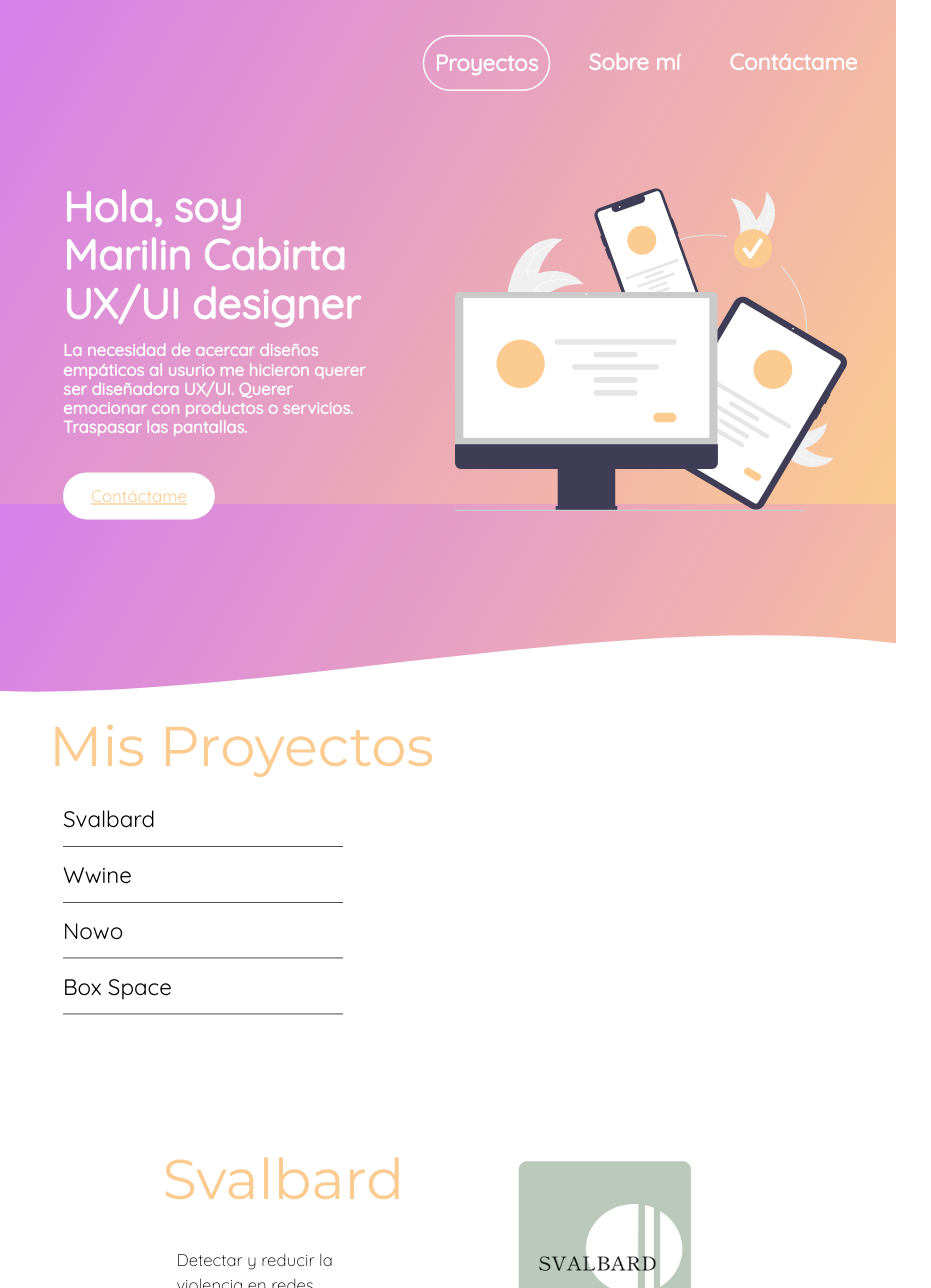
Repository: Marilyncabirta/portfolioHTML
Page: index.html
An editor plug-in stored every save of this project. The page is shown before and after the next save, followed by the edit.
The browser window is 1280 px wide. The page is 1330 px wide, then 1320 px, so the pictures cover 1330 px, including what lies to the right of the window. The pictures show the part of the page from y = 0 to 1840 px (the page is 5182 px tall), at 70% of full size.
Backgrounds fixed to the window are drawn as part of the page. Some web libraries are served in a nearby version.

Above is the page before, as saved 2022-12-16 12:13:10.

### index.html
<!DOCTYPE html>
<html lang="es">
<head>
    <meta charset="UTF-8">
    <meta name="viewport" content="width=device-width, initial-scale=1.0">
    <title>Portafolio AlexCG</title>
    <link rel="stylesheet" href="css/normalize.css">
    <link rel="stylesheet" href="css/estilos.css">
    <link rel="preconnect" href="https://fonts.googleapis.com">
<link rel="preconnect" href="https://fonts.gstatic.com" crossorigin>
<link href="https://fonts.googleapis.com/css2?family=Montserrat:wght@100;400;700&family=Quicksand:wght@300;400&display=swap" rel="stylesheet">
</head>


<body>

    <header class="hero">
        <div class="contenedor">
            <nav class="nav">
                <a href="" class="nav__items nav__items--cta">Proyectos</a>
                <a href="" class="nav__items">Sobre mí</a>
                <a href="" class="nav__items">Contáctame</a>
            </nav>

            <section class="hero__contenedor">
                <div class="hero__texts">
                    <h1 class="hero__title">Hola, soy Marilin Cabirta UX/UI designer</h1>
                    <h2 class="hero_subtitle">La necesidad de acercar diseños empáticos al usurio me hicieron querer ser diseñadora UX/UI. Querer emocionar con productos o servicios. Traspasar las pantallas.</h2>
                    <a href="" class="hero_cta">Contáctame</a>
                </div>
                <div class="contenedor_ilustraciones">
                    <img class="hero_image" src="assets/hero1.svg" alt="marilincabirta">
                </div>
            </section>
        </div>
        <div>
            <div class="hero_wave" style= "overflow:hidden;" ><svg viewBox="0 0 500 150" preserveAspectRatio="none" style="height: 100%; width: 100%;"><path d="M-0.56,130.76 C150.00,150.00 349.20,-49.99 503.38,30.10 L500.00,150.00 L0.00,150.00 Z" style="stroke: none; fill: #fff;"></path></svg></div>
        </div>
    </header>

    <main >
        <section class="presentacion__container">
            <h2 class="subtitle">Mis Proyectos</h2>
            <div class="lista">
                <ul>
                    <li><a class="nombres" href="#">Svalbard<a></li>
                        <div class="linea"></div>
                    <li><a class="nombres" href="#">Wwine</a></li>
                        <div class="linea"></div>
                    <li><a class="nombres" href="#">Nowo</a></li>
                        <div class="linea"></div>
                    <li><a class="nombres" href="#">Box Space</a></li>
                        <div class="linea"></div>

                </ul>
            </div>
        </section>

        <section class="about__container">
            <div class="about__texts">
                <h2 class="subtitle">Svalbard</h2>
                <p class="about__paragraph">Detectar y reducir la violencia en redes sociales</p>
                <p class="about__content">Cada dia se reciben mas y mas denuncias por acoso en redes, se usa la anonimidad para sacar a relucir lo peor del ser humano. En base a esto creamos SVALBARD. Desarrollada para conocer quien esta detrás de mensajes toxicos, fotos de perfil amigables, y cual es el historial de nuestros seguidores. Conoce más!</p>
                <a class="about__button" href="">Conoce más</a>
            </div>
            <div class="about__img">
                <img class="about__picture" src="assets/LOG IN.png"   alt="">
            </div>
        </section>

        <section class="about__container">
            <div class="about__img">
                <img src="assets/wwine mockup.jpg" class="about__picture"alt="">
            </div>
            <div class="about__texts">
                <h2 class="subtitle">Wwine</h2>
                <p class="about__paragraph">¿Quién no ha deseado alguna vez poder saber más de un vino antes de comprarlo?</p>
                <p class="about__content">Le damos forma a los deseos de todos los consumidores de vino y desarrollamos este dispositivo para poder conocer las propiedades olfativas de un vino antes de comprarlo. No nos crees? Te contamos más!</p>
                <a class="about__button" href="">Conoce más</a>
            </div>

        </section>

        <section class="about__container">
            <div class="about__texts">
                <h2 class="subtitle">Nowo</h2>
                <p class="about__paragraph">Mejoramos tu forma de viajar</p>
                <p class="about__content">Millones de personas se desplazan todos los días por ocio o por trabajo y su principal carga son las maletas. Venimos a revolucionar el concepto de viajar. Nosotros nos ocupamos de las maletas, ofreciéndote los packs más completos para que nada te falte!</p>
                <a class="about__button" href="">Conoce más</a>
            </div>
            <div class="about__img">
                <img src="assets/Nowo by rebellion 1.jpg" class="about__picture" alt="">
            </div>
        </section>

        <section class="about__container">
            <div class="about__img">
                <img src="assets/mock uo.jpg" class="about__picture" alt="">
            </div>
            <div class="about__texts">
                <h2 class="subtitle">Box Space</h2>
                <p class="about__paragraph">Como conseguimos que haya más usuarios en los parques urbanos?</p>
                <p class="about__content">Esta App fue creada para mejorar la asistencia a los parques urbanos. En un mundo con prisas, acercamos la tecnología y la era digital a aquellos entornos naturales que nos encanta disfrutar, pero que todavía no nos permiten desarrollar todas nuestras facetas diarias cómodamente.Descúbrela!</p>
                <a class="about__button" href="">Conoce más</a>
            </div>

        </section>

    </main>

    <footer class="footer">
        <div container class="container footer__grid">
            <nav class="nav nav--footer">
                <a class="nav_items nav__items--footer" href="">Inicio </a>
                <a class="nav_items nav__items--footer" href="">Sobre mí</a>
                <a class="nav_items nav__items--footer" href="">Proyectos</a>
            </nav>

            <section class="footer__contact">
                <h3 class="footer__title"> Contáctame</h3>
                <div class="footer__icons">
                    <span class="footer__container-icons">
                        <a href="#" class="fab fa-medium footer__icon"></a>
                    </span>
                    <span class="footer__container-icons">
                        <a href="#" class="fab fa-linkedin footer__icon"></a>
                    </span>
                    <span class="footer__container-icons">
                        <a href="#" class="fab fa-mailchimp footer__icon"></a>
                    </span>

                </div>
            </section>



        </div>
    </footer>







    <script src="https://kit.fontawesome.com/b4fd9d412c.js" crossorigin="anonymous"></script>
</body>
</html>

### css/estilos.css

@import url('https://fonts.googleapis.com/css2?family=Montserrat:wght@100;400;700&family=Quicksand:wght@300;400&display=swap');


:root{
    --background:linear-gradient(120deg,#d57feb   0%,#fccb90 100%);
    --color-secondary:#fccb90;
    --color-primary: white;
    --boton-padding: 20px 40px;
}
body{

    font-family: 'Montserrat', sans-serif;
    font-family: 'Quicksand', sans-serif;
}

.hero{
    width: 100%;
    height: 1000px;
    background-image: var(--background);
    background-repeat: no-repeat;
    background-attachment: fixed;
    position: relative;
}

.contenedor{
  padding: 20px 0;

}
.hero__contenedor{
    width: 100%;
    display: grid;
    grid-template-columns: 1fr 1fr ;
    height: 100%;
    justify-content: space-evenly;
    align-items: center;
    padding-bottom: 50px;
    margin: 50px;

}

.subtitle{
    color: var(--color-secondary);
    font-size: 3.5rem;
    margin:0px 0px 20px 60px;
    text-align: left;
}

.contenedor_ilustraciones{
    width: 800px;
    height: auto;
    text-align: center;
    justify-content: center;
}

.hero__texts{
    width: 50%;
    height: inherit;
    color: white;
    margin-top: 20px;
    margin: 0 60px;
}
.hero_image{
    width: 70%
}

.hero_wave{
    position: absolute;
    bottom: 0;
    left: 0;
    height: 100px;
    width: 100%;
}

.nav{
    display: flex;
    justify-content: flex-end;
    height: 80px;
    align-items: right;
    font-weight: 700;
    margin-top: 30px;

}

.nav--footer{
    font-weight: 300;
    justify-content: flex-start;
}

.nav__items{
    color: white;
    text-decoration: none;
    font-size: 32px;
    padding: 20px 15px;
    margin-right: 40px;
    font-weight: inherit;
}

.nav__items--cta{
    border: 2px solid white;
    border-radius: 40px;
}

.nav__items:hover{
    text-decoration: underline;
}
.nav__items--footer{
    padding: 10px;
}



.hero_cta{
    display: inline-block;
    font-size: 24px;
    background-color: var(--color-primary);
    color: #fccb90;
    padding: 20px 40px;
    margin-top: 30px;
    border-radius: 40px;
    text-align: center;
    justify-content: center;
}

.hero__texts{
    width: 90%;
    margin: 40px;
}

.hero__title{
    font-size: 60px;
    margin-top: 80px;

}

.hero__subtitle{
    font-size: 2rem;
    font-weight: 400;
    margin: 20px 0;
}

/* presentacion proyectos */



.presentacion__container{
    width: 60%;
    height: auto;
    padding-top: 0;
    text-align: center;
    text-decoration: none;
    margin-left: 50px;
}

.subtitle{
    font-size: 56px;
    color:var(--color-secondary);
    padding-bottom: 10px;
    font-weight: 700;
}

.presentacion__container li{
    font-size: 32px;
    margin-top: 10px;
    padding: 10px 0;
    text-decoration: none;
}

.lista li{
 text-decoration: none;
 list-style: none;
 text-align: left;

}

.lista a{
    text-decoration: none;
    color: black;

}

.lista li:hover{
    font-size: 3.5rem;
    transition: 1s;
}

.lista div{
    border-top: 1px solid black;
    height: 2px;
    max-width: 400px;
    padding: 0;
    margin: 10px 0 auto 0;

}

.about__container{
    width: 70%;
    min-height: 800px;
    height: auto;
    display: grid;
    grid-template-columns: 1fr 1fr ;
    margin: 60px auto;
    background-color: var(--color-primary);
    align-items: center;

}

.about__texts{
    width: 80%;
    justify-content: center;
    text-align: left;
    margin: 20px;

}
.about__img{

    justify-content: center;
    text-align: center;
    margin: 20px;

}

.subtitle{
    font-size: 80px;
    font-family: "Montserrat";
    font-weight: 400;
    margin: 20px;

}



.about__picture{
    width: 250px;
    height: 500px;
    max-height: 800px;
}

.about__paragraph{
    margin: 40px 40px;
    line-height: 1.5;
    font-weight: 300;
    font-size: 24px;
}

.about__content{
    font-size: 16px;
    margin: 40px 40px;
    text-align: left;
    line-height: 1.5;
    font-weight: 300;
}

.about__button{
    margin: 60px 40px;
    padding: 10px 10px;
    background-color:var(--color-secondary);
    color: white;
    border-radius: 20px;
    text-align: center;
    text-decoration: none;
}

/* footer */

.footer{
    background:var(--background);
    padding-bottom: 40px;



}

.footer__grid{
    display: grid;
    grid-template-columns: 3fr 2fr;
    gap: 20px;
    align-items: center;
    margin: 40px;
}

.nav_items{
    text-decoration: none;
    color: white;
    font-size: 20px;
    margin:0 0 0 10px;
}

.footer__title{
    font-weight: 400;
    color: white;
    font-size:2rem ;
    margin-bottom: 20px;
    text-align: center;
}

.footer__icons{
    display: flex;
    justify-content: space-evenly;
    font-size: 32px;
}

.footer__container-icons{
    display: inline-block;
    width: 60px;
    height: 60px;
    color: white;
    text-align: center;
    border: 1px solid white;
    border-radius: 50%;

}

.footer__icon{
    color: white;
    text-decoration: none;
    font-size: 30px;

}

.fab.footer__icon{
line-height: 60px;
text-decoration: underline;
}


/* responsive design */

@media screen and (max-width:800px){
        :root{
            --botton-padding:18px 40px;
        }

        .nav{
            justify-content:space-between
        }
        .nav__items--cta{
            border: none;
        }

        .nav__items{
            color: white;
            text-decoration: none;
            font-size: 24px;
            padding: 10px 20px;
            margin-right: 60px;
            font-weight: inherit;
        }

        .nav__items--footer{
            border: none;
        }
        .hero{
            width: 100%;
        }

        .hero__texts{
            width: 90%;
            margin-bottom: 50px;
        }
        .hero__title{
            font-size: 2.5rem;
            margin-bottom: 20px;
        }

        .hero__subtitle{
            font-size: 1.5rem;
        }

        .hero{
            width: 100%;
            height: 800px;
            background-image: var(--background);
            background-repeat: no-repeat;
            background-attachment: fixed;
            position: relative;
        }

        .about__container{
            width: 100%;
            min-height: 600px;
        }
        .about__texts{
            width: 100%;
            justify-content: center;
            text-align: center;
            margin: 60px 0px;

        }

        .hero_image{
            width: 70%;
        }

        .presentacion__container{
            width: 80%;
        }

         .about__img{
            width: auto;
            text-align: center;
        }
    .footer{
        width: 100%;
    }
}


@media screen and (max-width:500px){

    :root{
        --botton-padding:15px 20px;
    }

    .hero{
        width: 100%;
        height: auto;
        position: relative;
    }
    .hero__contenedor{
        width: 100%;
        display: grid;
        grid-template-columns: 1fr;
        height: 100%;
        justify-content: center;
        align-items: center;
        padding-bottom: 80px;

    }
    .nav{
        flex-wrap: nowrap;
        justify-content: space-evenly;
        margin-top: 10px;

    }
    .nav__items--cta{
        border: none;
    }

    .nav__items{
        color: white;
        text-decoration: none;
        font-size: 20px;
        padding: 10px 20px;
        margin-right: 20px;

    }

    .nav__items--footer{
        border: none;
    }


    .hero__texts{
        margin-bottom: 50px;
        text-align: center;
    }
    .hero__title{
        font-size: 2rem;
        margin-bottom: 20px;
    }

    .hero__subtitle{
        font-size: 2rem;
        margin-bottom: 20px;
    }


    /* about */

    .subtitle{
        font-size: 2.5rem;
    }
    .about__paragraph{
        margin: 10px 10px;
        line-height: 1.5;
        font-weight: 300;
        font-size: 16px;
        text-align: left;
    }

    .about__content{
        font-size: 16px;
        margin: 10px 10px 40px 10px ;
        text-align: left;
        line-height: 1.5;
        font-weight: 300;
    }

    .nombres{
        font-size: 24px;
    }

    .about__container{
        width: 80%;
        min-height: 600px;
        height: auto;
        display: grid;
        margin: 20px auto;
        background-color: var(--color-primary);
        align-items: center;
     }

     .about__picture{
        width: 140px;
        height: 300px;
        max-height: 800px;

    }
     .contenedor_ilustraciones{
        width: 100%;
        height: auto;
        text-align: center;
        justify-content: center;
    }

    .about__texts:nth-child(2), :nth-child(4){
        grid-row: 1/2;
     }

     /* Footer */
     }

Loaded but not shown: css/normalize.css (library)

After the next save:
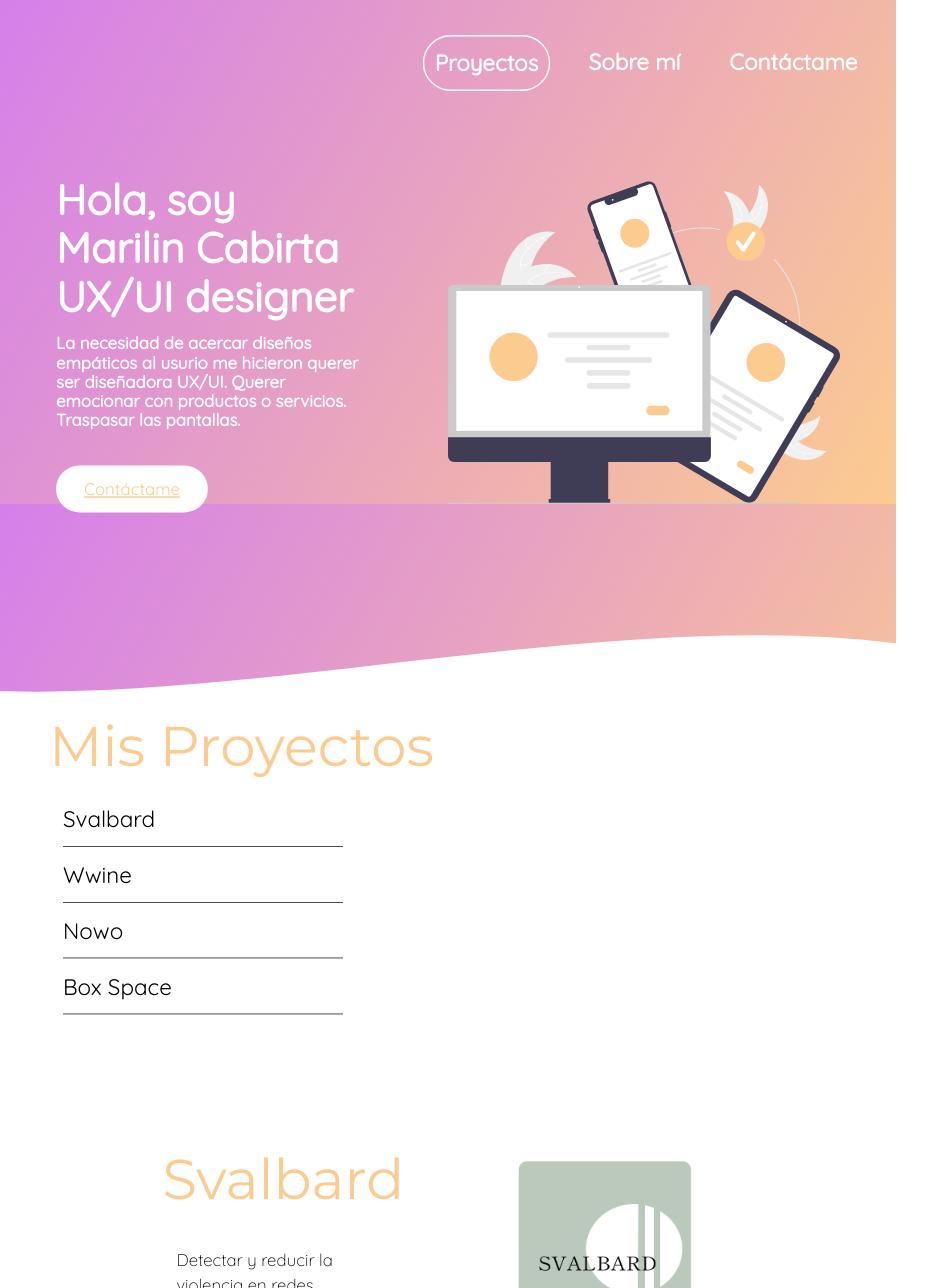
Saved 21 s later.
--- a/css/estilos.css
+++ b/css/estilos.css
@@ -35,7 +35,7 @@ body{
     justify-content: space-evenly;
     align-items: center;
     padding-bottom: 50px;
-    margin: 50px;
+    margin: 40px;
 
 }
 
